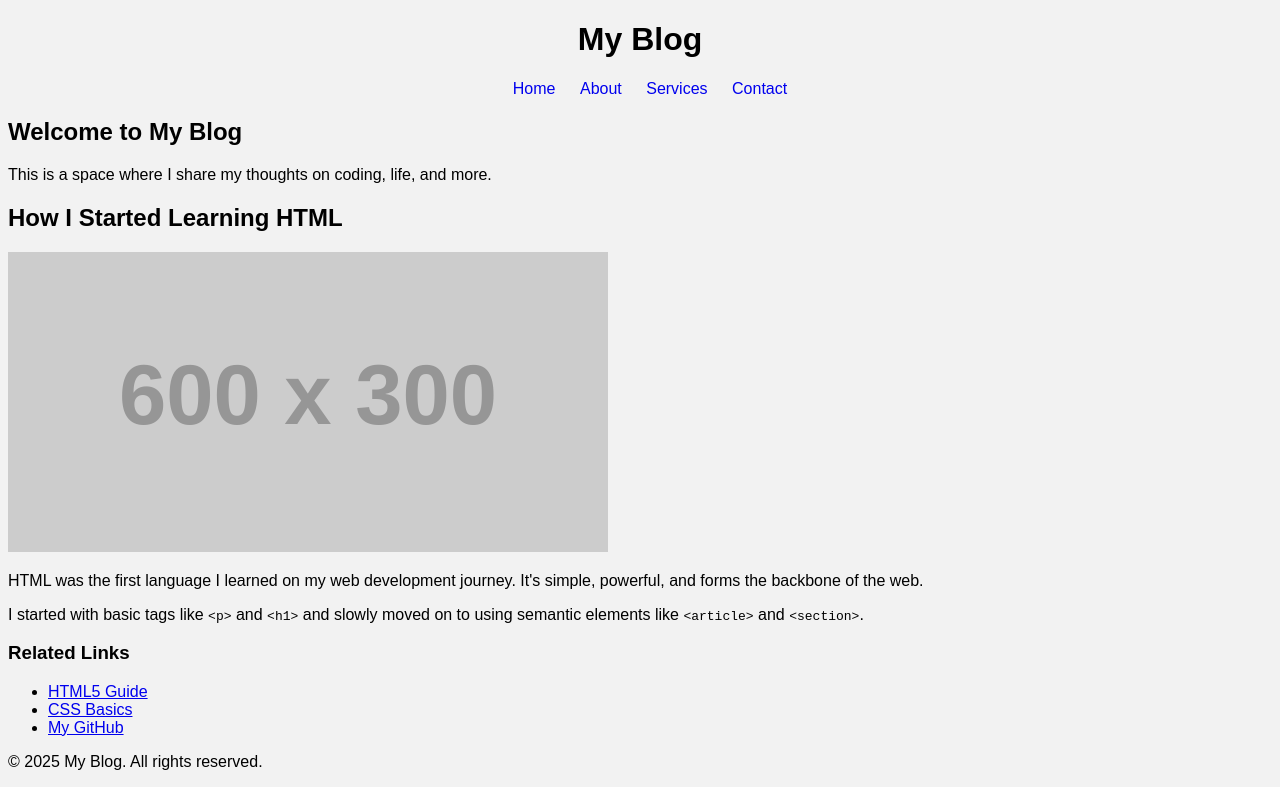
Repository: SainediAmbika/RecallingAll
Page: Angular Recalling/Blog Page/index.html
An editor plug-in stored every save of this project. The page is shown before and after the next save, followed by the edit.
The browser window is 1280 px wide. The pictures show the whole page.

Above is the page before, as saved 2025-05-19 12:00:57.

After the next save:
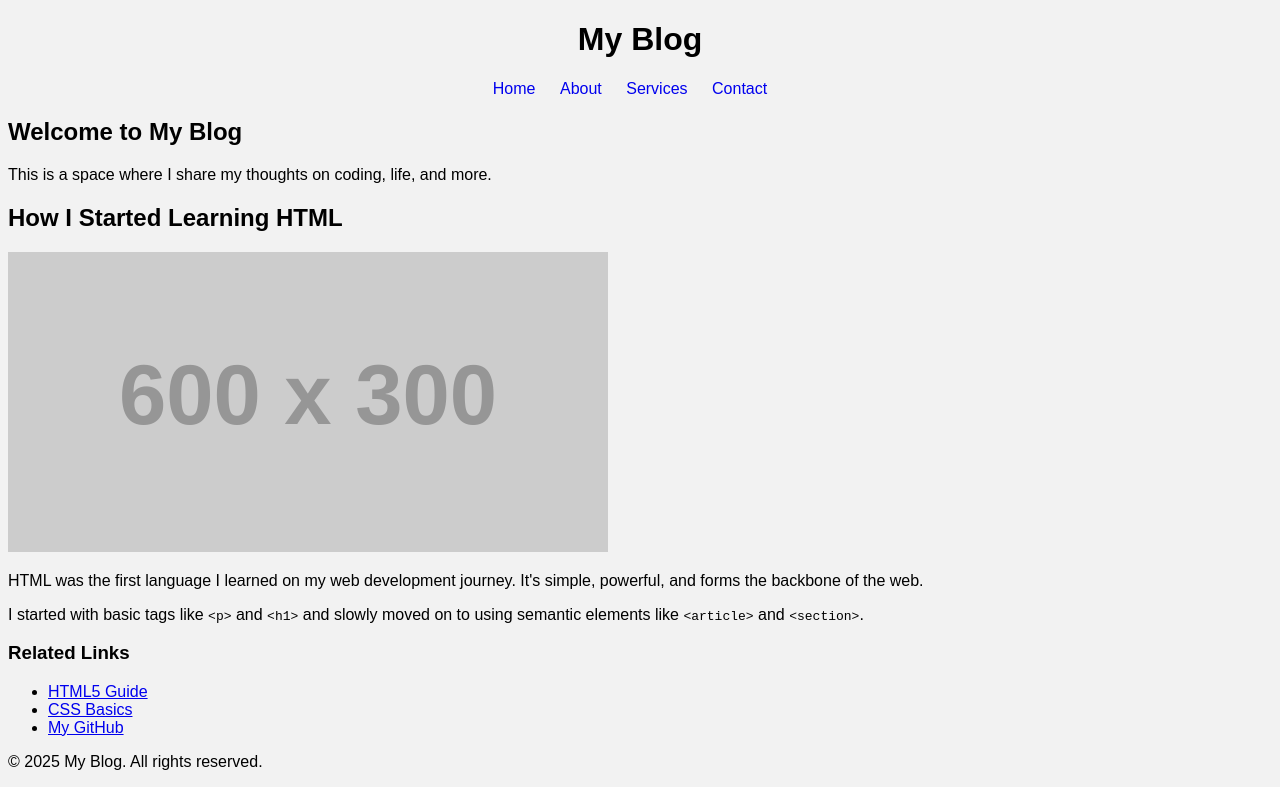
Saved 11 s later.
--- a/Angular Recalling/Blog Page/app.css
+++ b/Angular Recalling/Blog Page/app.css
@@ -5,6 +5,7 @@
 
 nav ul{
     list-style-type: none;
+     padding: 0;
 }
 
 nav ul li {
